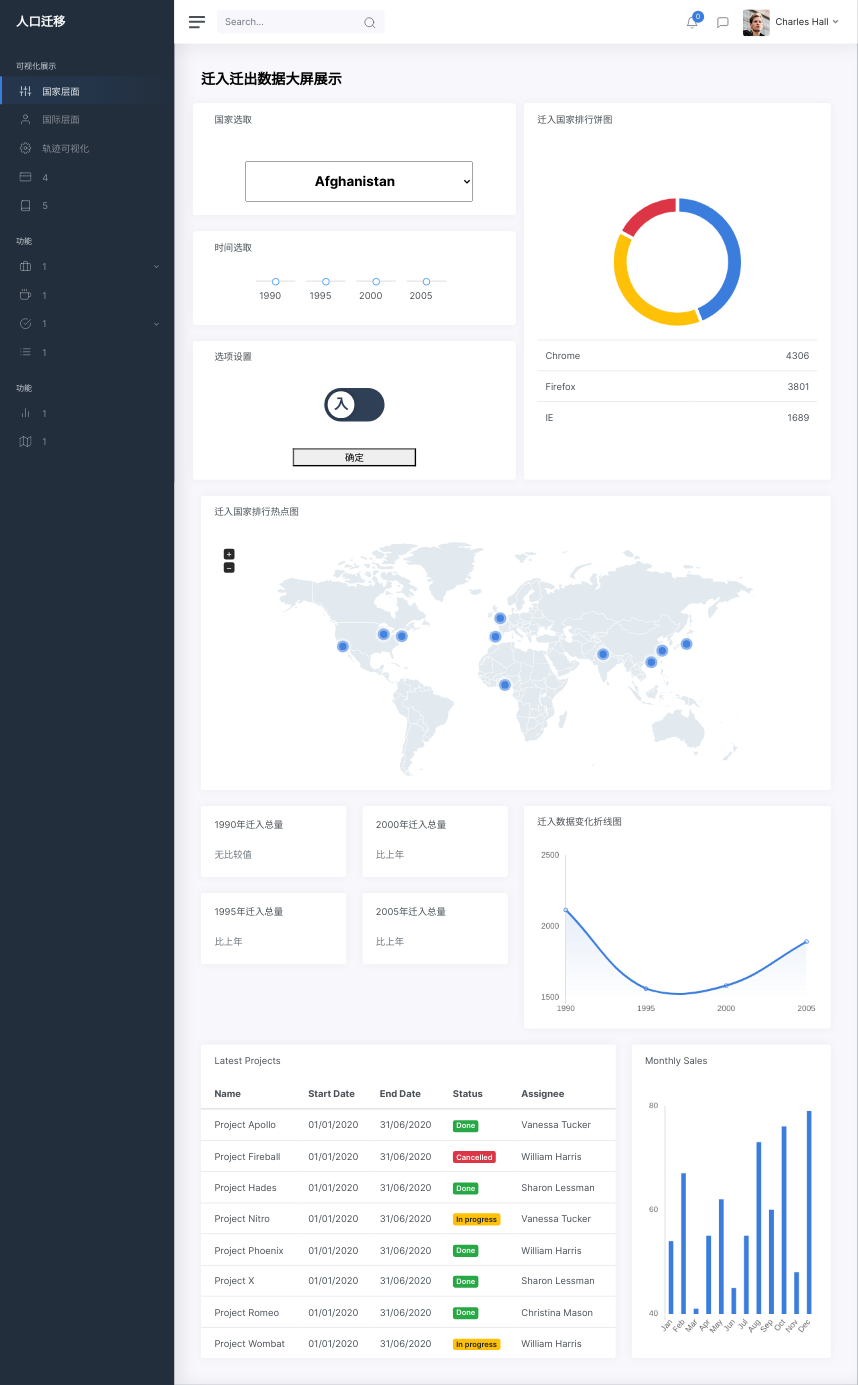
Repository: yuwei0922/WHURS-WGIS
Page: final_project/index.html
The author's editor kept a copy of each file at every save. The page is drawn from the files as they stood at one save, then again after the next save.
The browser window is 1280 px wide. The pictures show the whole page, at 67% of full size.
Some icons come from a web library that is not loaded, so they are not drawn. Some web libraries are served in a nearby version.

Above is the page before, as saved 2022-12-25 19:10:16.
Not found: final_project/js/vendor.js

After the next save:
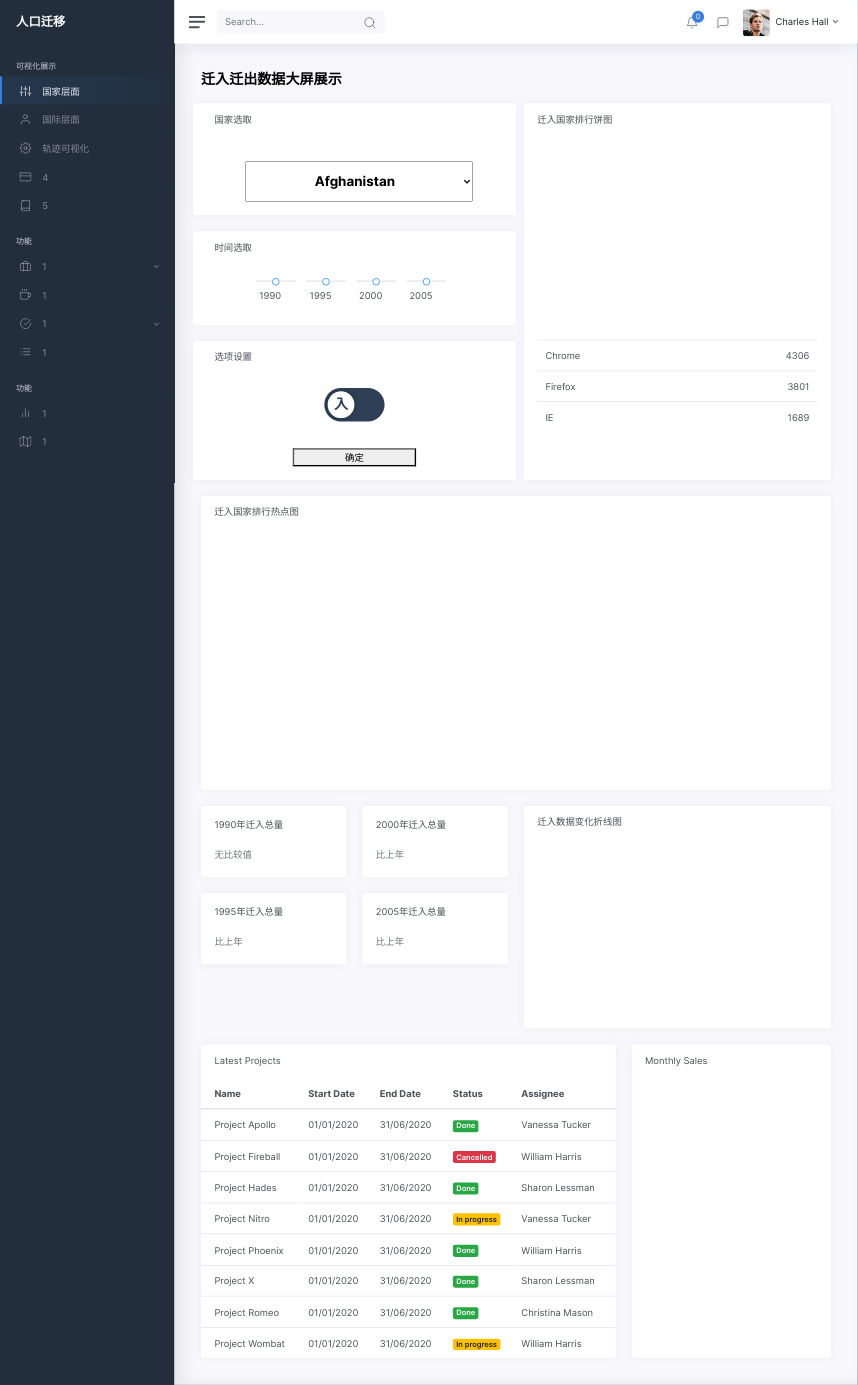
Saved 16 s later.
--- a/final_project/js/switch.js
+++ b/final_project/js/switch.js
@@ -2,10 +2,7 @@ let labelswitch=document.querySelector('.check-box')
 let toggle_switch=document.querySelector('.check-handler')
 let switchBefore=window.getComputedStyle(toggle_switch,'::before');
 let submitcheck=document.querySelector('.submitcheck')
-lineexcel();
-pieexcel();
-worldexcel();
-barexcel();
+
 
 let boolen=true
 let pietitle=document.getElementById('pietitle')
